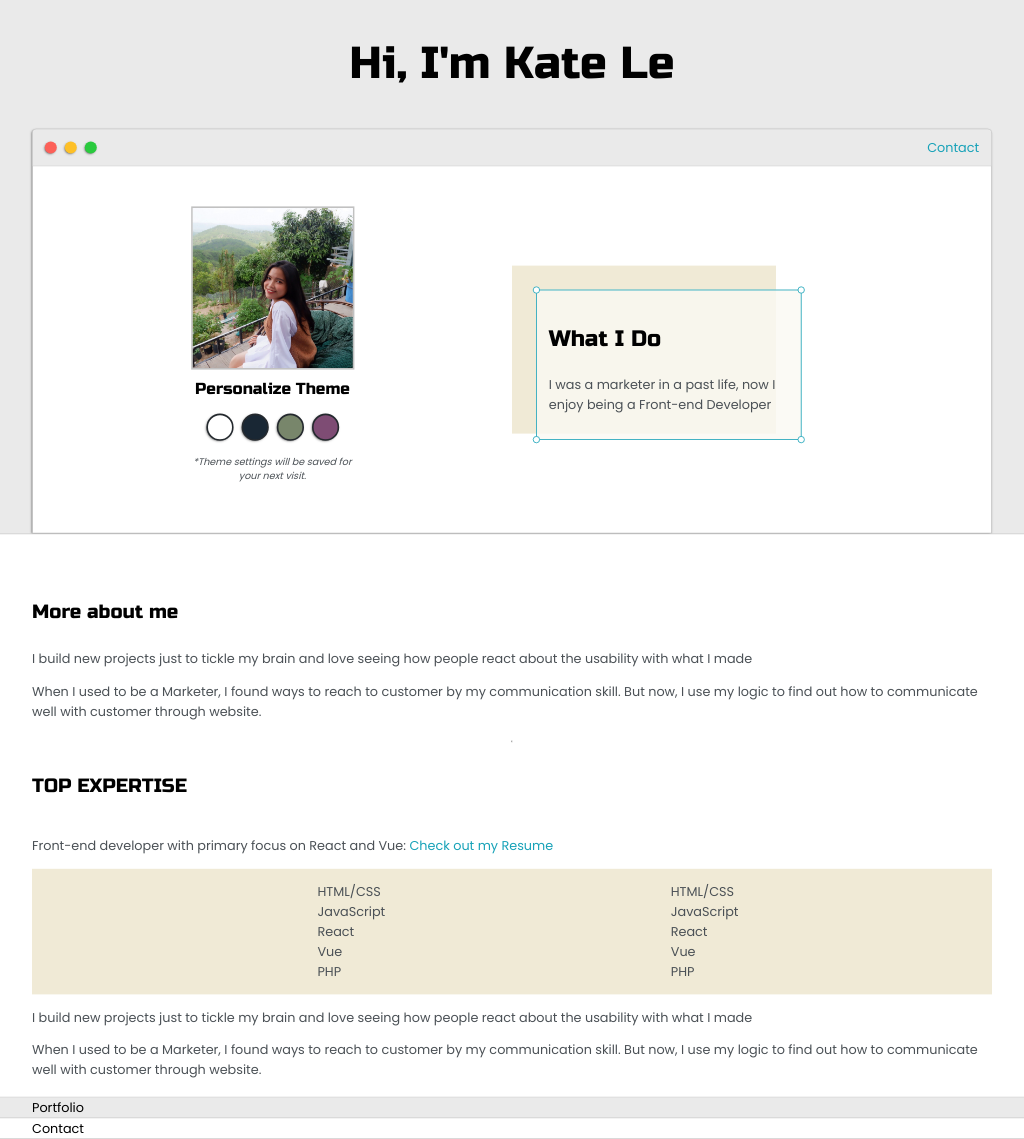
Repository: kate30980/my-persponal-website
Page: index.html
The author's editor kept a copy of each file at every save. The page is drawn from the files as they stood at one save, then again after the next save.
The browser window is 1280 px wide. The pictures show the whole page, at 80% of full size.

Above is the page before, as saved 2021-08-26 22:16:52.

After the next save:
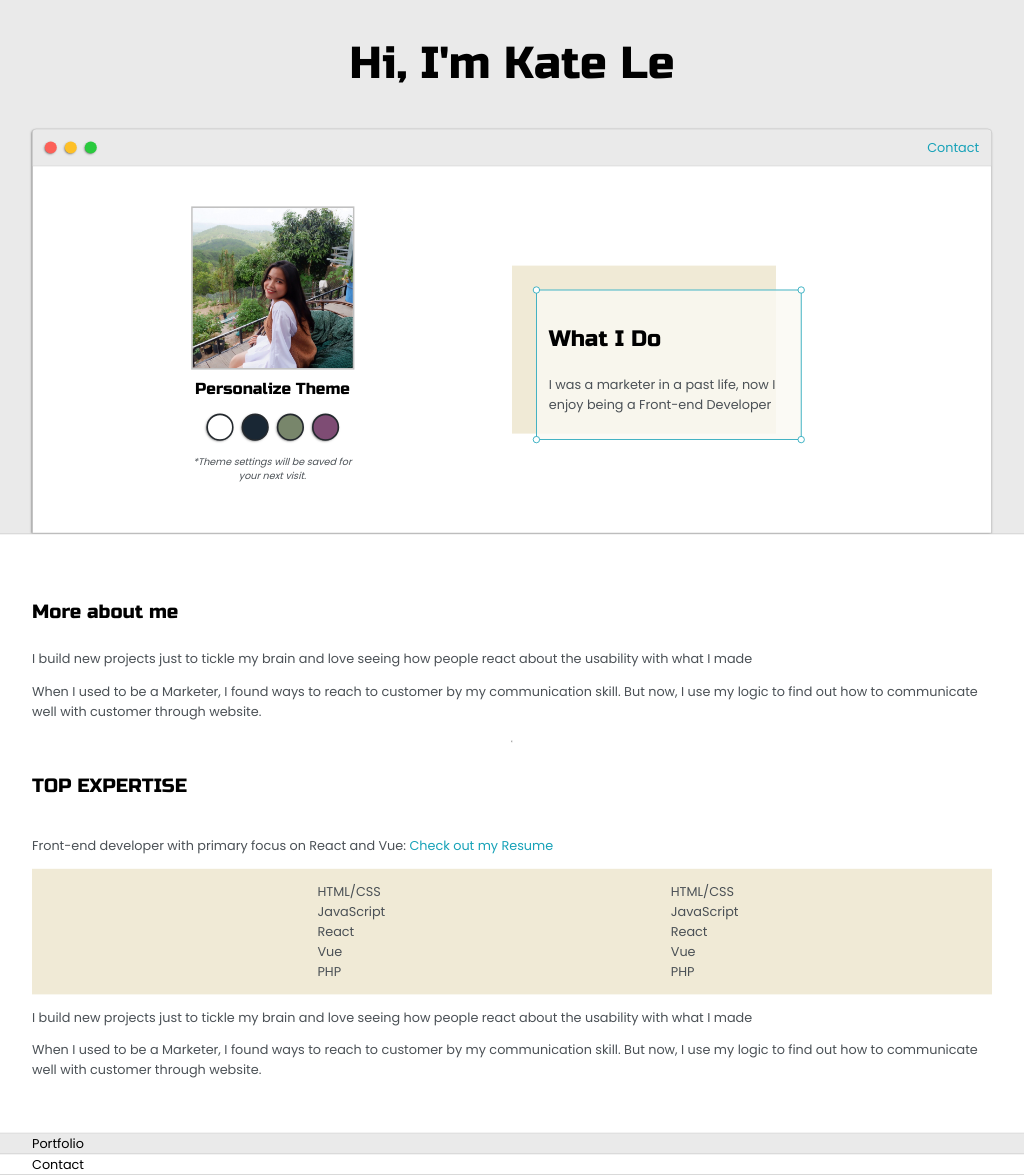
Saved 4 s later.
--- a/main.css
+++ b/main.css
@@ -257,7 +257,7 @@
 
 .about-wrapper {
   display: grid;
-  padding-bottom: 5px;
+  padding-bottom: 50px;
   padding-top: 50px;
   /* grid-template-columns: repeat(auto-fit, minmax(320px, 1fr)); */
   /*Repeat this action right here which tells us auto fit as many colums as we can into this row, however many colums will fil in there  and add them in there and repeat it this way with min max say that the column should never be smaller than 320px, so once we get to the point where it starts crushing it, go ahead and start naturally stacking those item*/
